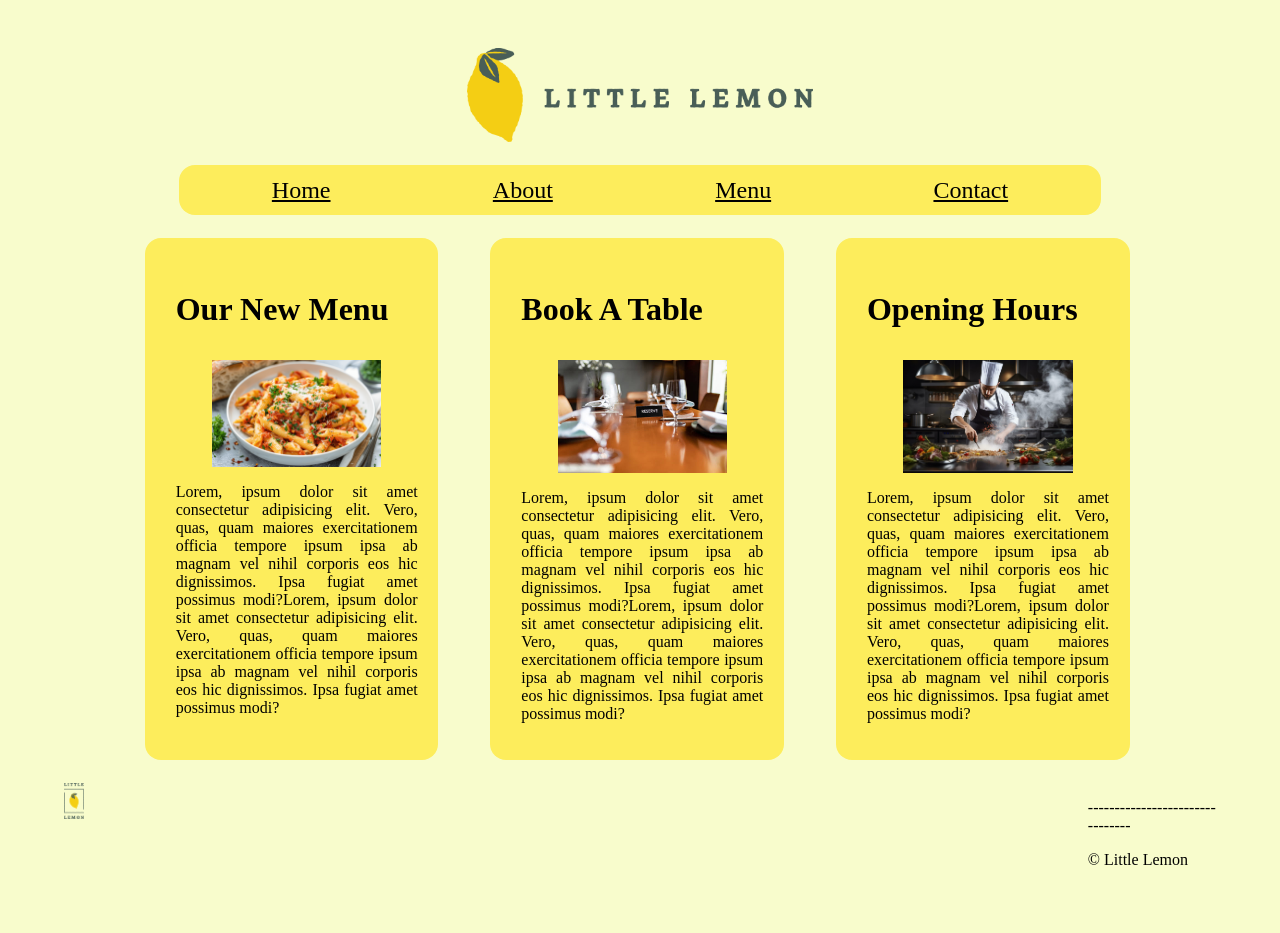
Repository: Yeshwanth-189/meta-html-css
Page: index.html
An editor plug-in stored every save of this project. The page is shown before and after the next save, followed by the edit.
The browser window is 1280 px wide. The pictures show the whole page.

Above is the page before, as saved 2025-04-21 23:29:59.

### index.html
<!DOCTYPE html>
<html lang="en">
    <head>
        <meta charset="UTF-8">
        <meta name="viewport" content="width=device-width, initial-scale=1.0">
        <title>Little Lemon</title>
        <link rel="stylesheet" href="styles.css">
        <meta name="description" content="A simple web page for Little Lemon restaurant.">
        <meta name="author" content="Little Lemon Restaurant">
    </head>
    <body>
        <header>
            <img src="/Logos/Asset 16@4x.png" alt="Little Lemon Logo" id="logo">
            <nav id="navbar">
                <ul>
                    <li><a href="home">Home</a></li>
                    <li><a href="about">About</a></li>
                    <li><a href="menu">Menu</a></li>
                    <li><a href="contact">Contact</a></li>
                </ul>
        </header>
        <main>
            <section>
                <article>
                    <h1>Our New Menu</h1>
                    <img src="/Logos/Pasta.png" alt="Pasta Image" id="article-image">
                    <p>Lorem, ipsum dolor sit amet consectetur adipisicing elit. Vero, quas, quam maiores exercitationem officia tempore ipsum ipsa ab magnam vel nihil corporis eos hic dignissimos. Ipsa fugiat amet possimus modi?Lorem, ipsum dolor sit amet consectetur adipisicing elit. Vero, quas, quam maiores exercitationem officia tempore ipsum ipsa ab magnam vel nihil corporis eos hic dignissimos. Ipsa fugiat amet possimus modi?</p>
                </article>
                <article>
                    <h1>Book A Table</h1>
                    <img src="/Logos/reserve.jpg" alt="Reserve Image" id="article-image">
                    <p>Lorem, ipsum dolor sit amet consectetur adipisicing elit. Vero, quas, quam maiores exercitationem officia tempore ipsum ipsa ab magnam vel nihil corporis eos hic dignissimos. Ipsa fugiat amet possimus modi?Lorem, ipsum dolor sit amet consectetur adipisicing elit. Vero, quas, quam maiores exercitationem officia tempore ipsum ipsa ab magnam vel nihil corporis eos hic dignissimos. Ipsa fugiat amet possimus modi?</p>
                </article>
                <article>
                    <h1>Opening Hours</h1>
                    <img src="/Logos/Chef.jpg" alt="Chef Image" id="article-image">
                    <p>Lorem, ipsum dolor sit amet consectetur adipisicing elit. Vero, quas, quam maiores exercitationem officia tempore ipsum ipsa ab magnam vel nihil corporis eos hic dignissimos. Ipsa fugiat amet possimus modi?Lorem, ipsum dolor sit amet consectetur adipisicing elit. Vero, quas, quam maiores exercitationem officia tempore ipsum ipsa ab magnam vel nihil corporis eos hic dignissimos. Ipsa fugiat amet possimus modi?</p>
                </article>
            </section>
        </main>
        <footer>
            <div>
                <img src="/Logos/Asset 20@4x.png" alt="Little Lemon Logo">
            </div>
            <div>
                <p>--------------------------------</p>
                <p>&copy; Little Lemon</p>
            </div>
        </footer>
</html>

### styles.css
body {
  background-color: #f8fccc;
  margin-top: 3rem;
  margin-bottom: 3rem;
  margin-left: 5%;
  margin-right: 5%;
}
h1 {
  font-size: 3rem;
}
h1 {
  font-size: 2rem;
}
header > img {
  display: block;
  margin-left: auto;
  margin-right: auto;
  width: 30%;
  height: auto;
}
nav ul {
  margin: 2% 10% 2% 10%;
  list-style-type: none;
  text-align: center;
  padding: 1%;
  background-color: rgb(253, 237, 92);
  display: flex;
  font-size: 1.5rem;
  border-radius: 1rem;
  justify-content: space-around;
}
nav li {
  display: inline-block;
}
section {
  display: flex;
  margin: 0% 3% 0% 7%;
}
article {
  flex: 1;
  padding-left: 3%;
  padding-right: 2%;
  padding-top: 2%;
  padding-bottom: 2%;
  text-align: justify;
  background-color: rgb(253, 237, 92);
  margin-right: 5%;
  border-radius: 1rem;
}
article > img {
  display: block;
  margin-left: auto;
  margin-right: auto;
  width: 70%;
  height: auto;
}
footer {
  display: flex;
  align-content: flex-start;
  margin-top: 2%;
}
footer > div > img {
  display: block;
  width: 2%;
  height: auto;
}

a {
  color: black;
}

After the next save:
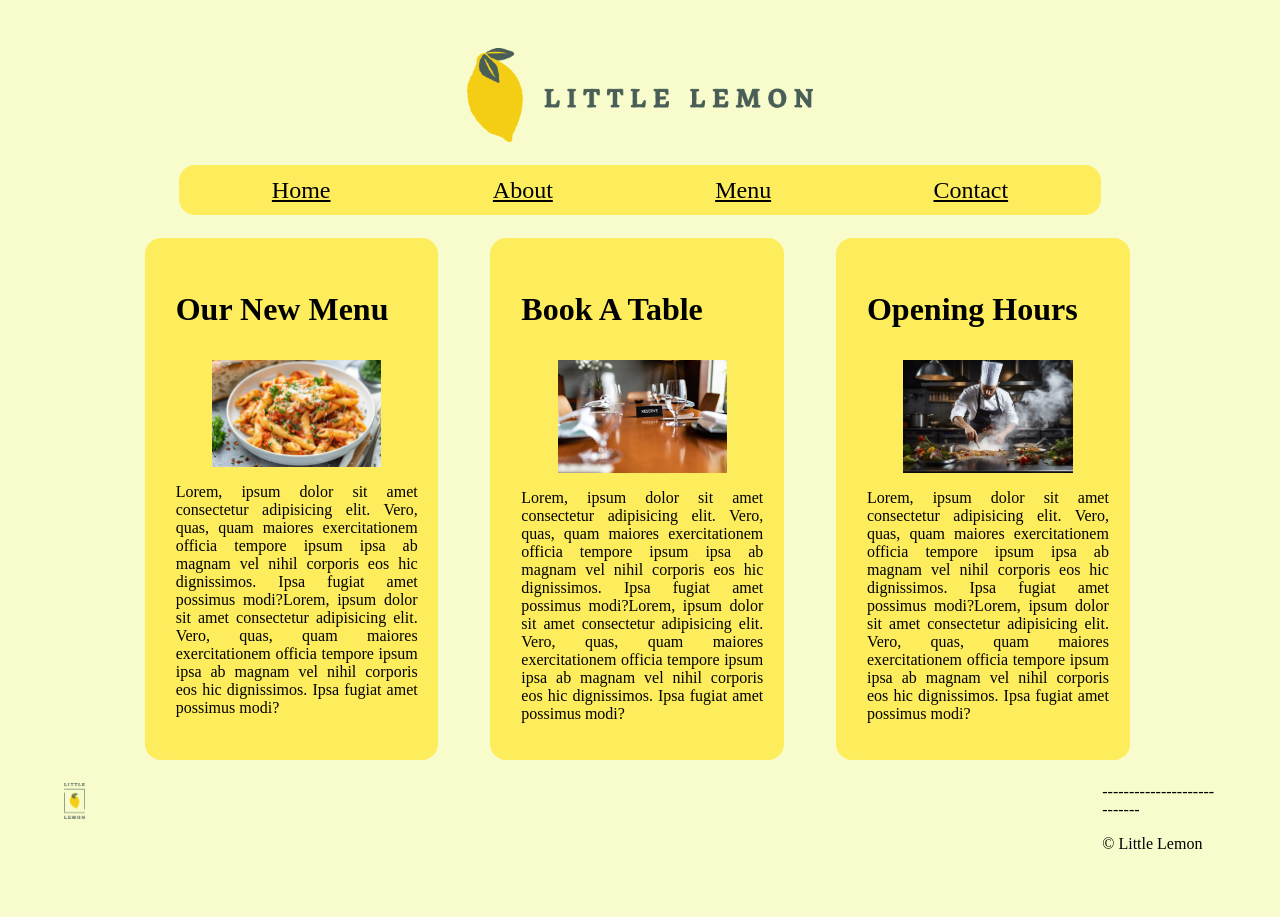
Saved 45 s later.
--- a/index.html
+++ b/index.html
@@ -43,7 +43,7 @@
                 <img src="/Logos/Asset 20@4x.png" alt="Little Lemon Logo">
             </div>
             <div>
-                <p>--------------------------------</p>
+                <div>----------------------------</div>
                 <p>&copy; Little Lemon</p>
             </div>
         </footer>
